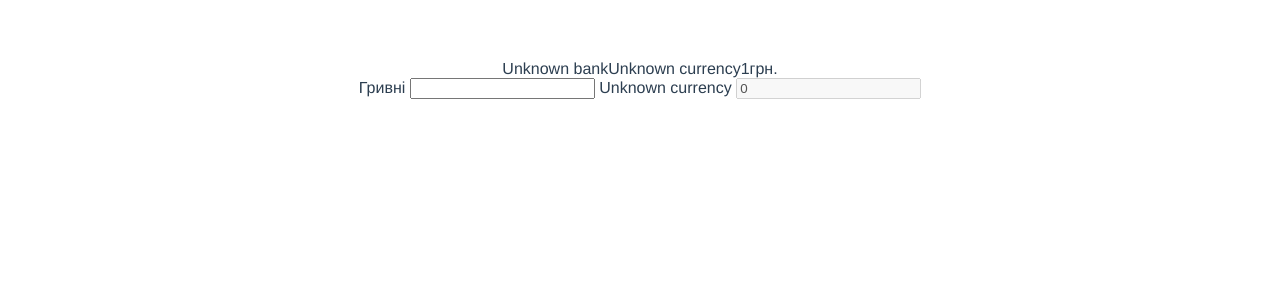
Repository: KYUUBI-K/HTML
Page: / (app in За 2 курс/VUe.js/kichen/)
An editor plug-in stored every save of this project. The page is shown before and after the next save, followed by the edit.
The browser window is 1280 px wide. The pictures show the whole page.
The project was rebuilt for these pictures with package versions that can differ from the ones it lists, and the page was loaded fresh each time.

Above is the page before, as saved 2021-09-15 12:00:21.

After the next save:
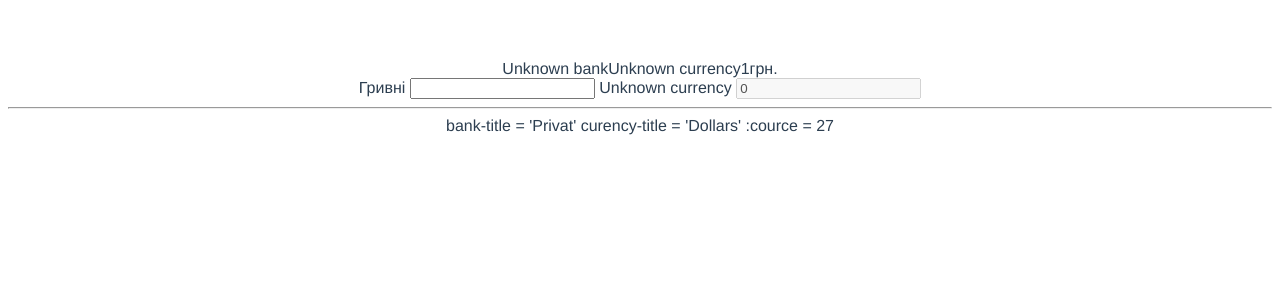
Saved 3 min 20 s later.
--- a/За 2 курс/VUe.js/kichen/src/App.vue
+++ b/За 2 курс/VUe.js/kichen/src/App.vue
@@ -1,6 +1,10 @@
 <template>
   <div id="app">
 <converter/>
+<hr>
+  bank-title = 'Privat'
+  curency-title = 'Dollars'
+  :cource = 27
   </div>
 </template>
 
